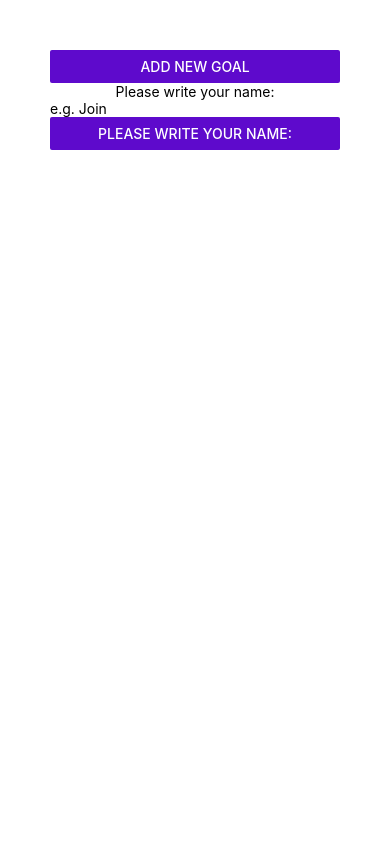
Repository: ntu34543/React-Native-Example1
Screen: /
An editor plug-in stored every save of this project. The screen is shown before and after the next save, followed by the edit.
The app was drawn by React Native's web renderer in a window 390 px wide. The project was rebuilt for these pictures with package versions that can differ from the ones it lists, and the page was loaded fresh each time. Also part of the build but not shown: components/Goalltem.js.

Above is the screen before, as saved 2022-09-12 15:23:47.

After the next save:
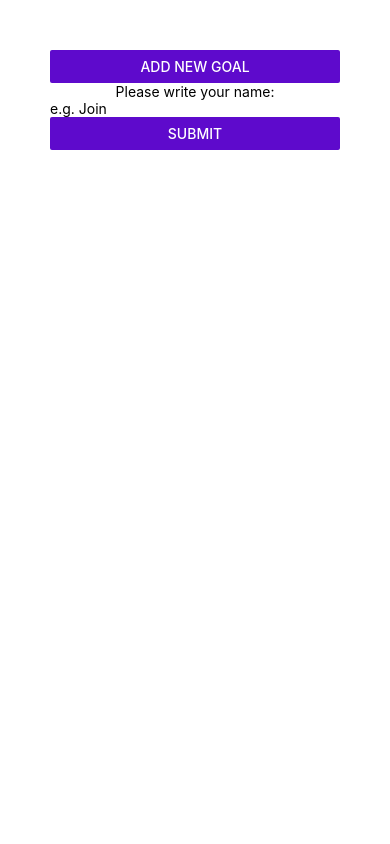
Saved 3 min 1 s later.
--- a/App.js
+++ b/App.js
@@ -61,7 +61,7 @@ export default function App() {
           onChangeText={(value) => setName(value)}
         />
         <Button
-          title="Please write your name:"
+          title="Submit"
           color="#5e0acc"
           onPress={() => {
             Linking.openURL(
